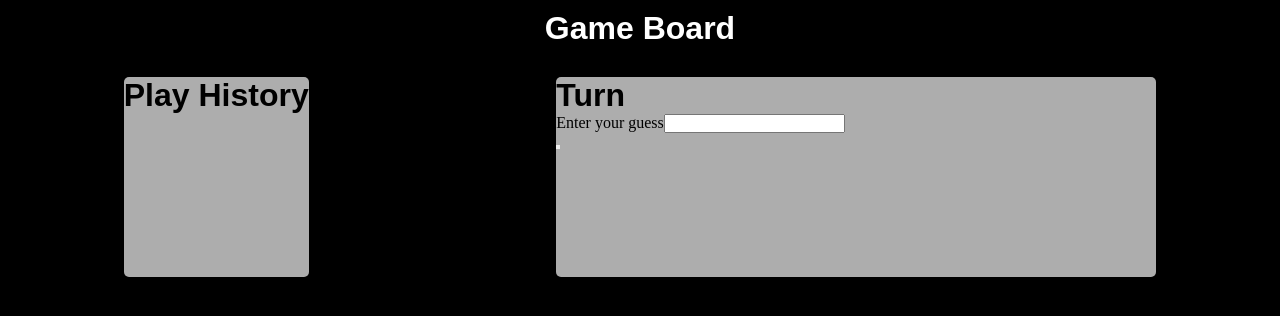
Repository: programmer686/Mastermind-with-Next.js
Page: /, after clicking the first element matching `button.StartScreen_51d34_startscreen__play_button`
An editor plug-in stored every save of this project. The page is shown before and after the next save, followed by the edit.
The browser window is 1280 px wide. The pictures show the whole page.
The project was rebuilt for these pictures with package versions that can differ from the ones it lists, and the page was loaded fresh each time. The framework's server and built-in components were replaced by stand-ins that run in the browser. Also part of the build but not shown: next.config.js, src/styles/StartScreen.module.css.

Above is the page before, as saved 2023-07-18 18:06:03.

### src/pages/index.js

import Head from 'next/head'
import Image from 'next/image'
import { Inter } from 'next/font/google'
import styles from '@/styles/Home.module.css'
import StartScreen from '@/comps/StartScreen'
import { useState } from 'react'
import GameBoard from '@/comps/GameBoard'

const inter = Inter({ subsets: ['latin'] })

export default function Home() {
  const [startGame, setStartGame] = useState(true);

  function handleStart() {
    setStartGame(prev => prev ? prev == false : prev == prev);
  }
  return (
    <>
      <Head>
        <title>Create Next App</title>
        <meta name="description" content="Generated by create next app" />
        <meta name="viewport" content="width=device-width, initial-scale=1" />
        <link rel="icon" href="/favicon.ico" />
      </Head>
     <main className={styles.index__body}>
        {startGame ? <StartScreen handleStart={handleStart}/> : <GameBoard/>}
     </main>
    </>
  )
}

### src/styles/Home.module.css


.index__body {
  margin: 0;
  padding: 0;
  box-sizing: border-box;
  width: 100vw;
  height: 100vh;
  background-color: black;
}

### src/comps/StartScreen.js
import styles from '@/styles/StartScreen.module.css'

export default function StartScreen(props) {
    return (
        <main className={styles.startscreen__body}>
            <p className={styles.startscreen__game_name}>Mastermind Game</p>
            <button onClick={props.handleStart} className={styles.startscreen__play_button}>Play Game</button>
        </main>
    )
}

### src/comps/GameBoard.js
import styles from '@/styles/GameBoard.module.css'
import PastPlay from './PastPlay'
import GamePlay from './GamePlay'
import { useState } from 'react'
import StartScreen from './StartScreen'

export default function GameBoard() {
    const [userInput, setUserInput] = useState("")
    const [toManyCharacters, setToManyCharacters] = useState(false);
    function handleInput(e) {
        const {value} = e.target
        console.log(typeof(value))
        if (value.length > 4) {
            setToManyCharacters(true)
        } else {
            setToManyCharacters(false)
        }

       let containsAlpha = /^[a-zA-Z]*$/.test(value)

        if (containsAlpha) {
            console.log("has alphabetical characters");
        }
    }


    return (
        <main>
            <div className={styles.GameBoard__header}>
                <h1 className={styles.GameBoard__name}>Game Board</h1>
            </div>
            <div className={styles.GameBoard__body}>
                <PastPlay/>
                <GamePlay handleInput={handleInput} toManyCharacters={toManyCharacters}/>
            </div>
        </main>
    )

}

### src/styles/GameBoard.module.css
.GameBoard__header {
    width: 100%;
    padding: 10px 0px;
    text-align: center;
}

.GameBoard__body {
    width: 100%;
    padding: 20px 0px;
    display: flex;
    justify-content: space-around;
    align-items: center;
}

.GameBoard__name {
    font-weight: bolder;
    font-family: Arial, Helvetica, sans-serif;
    color: white;
}

.GameBoard__tomany {
    font-weight: 700;
    font-weight: bolder;
    font-family: Arial, Helvetica, sans-serif;
    color: red;
}

### src/comps/PastPlay.js
import styles from '@/styles/PastPlay.module.css'

export default function PastPlay() {
    return (
        <main className={styles.PastPlay__board}>
            <h1 className={styles.PastPlay__name}>Play History</h1>
        </main>
    )
}

### src/comps/GamePlay.js
import styles from '@/styles/GamePlay.module.css'

export default function GamePlay(props) {
    let textarea = document.getElementById('textarea')

    function clearTextarea() {
        if (props.toManyCharacters) {
            textarea.value = "";
        }
    }

    return (
        <main className={styles.GamePlay__board }>
            <h1 className={styles.GamePlay__title}>Turn</h1>
            <form>
                <label>Enter your guess</label>
                <input></input>
            </form>
            {props.toManyCharacters ? <p className={styles.GamePlay__error}>To many characters</p> : <></>}
            <button></button>
        </main>
    )
}

### src/styles/PastPlay.module.css
.PastPlay__board {
    max-width: 300px;
    border-radius: 5px;

    min-height: 200px;
    background: rgb(173, 173, 173);
}


.PastPlay__name {
    font-weight: bolder;
    font-family: Arial, Helvetica, sans-serif;
    color: black;
}

### src/styles/GamePlay.module.css
.GamePlay__board {
    width: 600px;
    border-radius: 5px;
    min-height: 200px;
    background: rgb(173, 173, 173);
}

.GamePlay__title {
    font-weight: bolder;
    font-family: Arial, Helvetica, sans-serif;
    color: black;
}

.GamePlay__error {
    font-size: 14px;
    font-weight: bolder;
    font-family: Arial, Helvetica, sans-serif;
    color: red;
}

Loaded but not shown: src/pages/_app.js (common file); src/pages/_document.js (common file); src/styles/globals.css (common file)

After the next save:
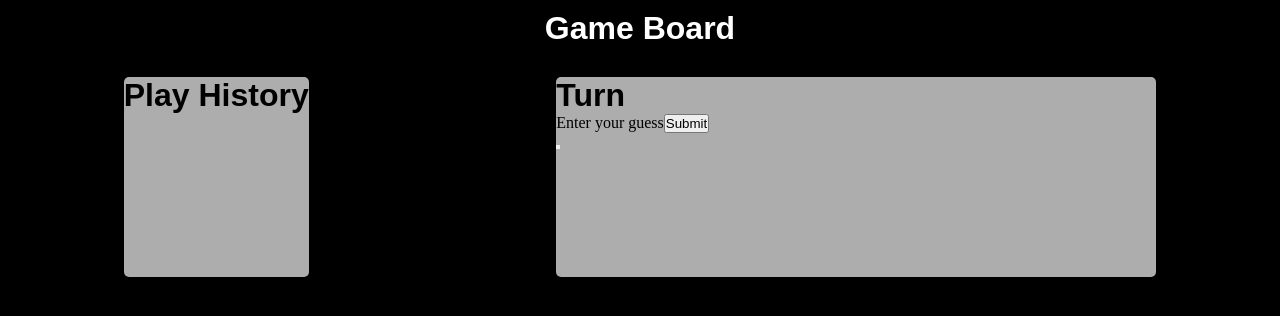
Saved 33 s later.
--- a/src/comps/GamePlay.js
+++ b/src/comps/GamePlay.js
@@ -14,7 +14,7 @@
             <h1 className={styles.GamePlay__title}>Turn</h1>
             <form>
                 <label>Enter your guess</label>
-                <input></input>
+                <input type="submit"></input>
             </form>
             {props.toManyCharacters ? <p className={styles.GamePlay__error}>To many characters</p> : <></>}
             <button></button>

After the save that followed:
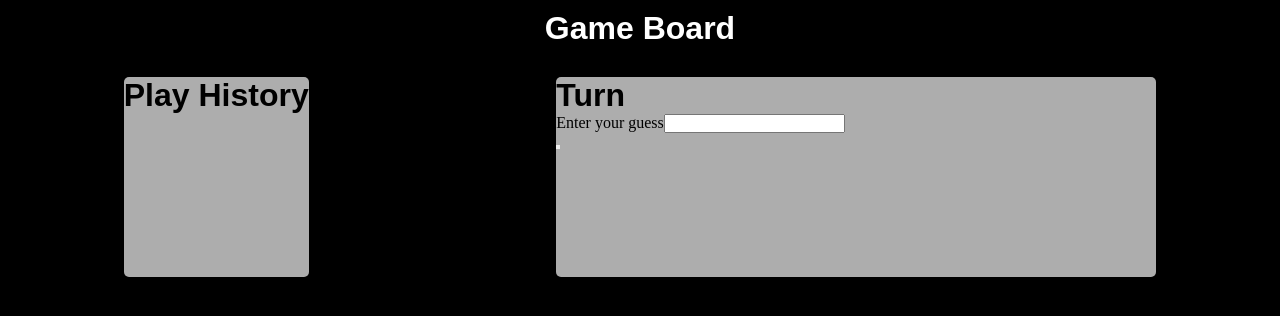
Saved 14 s later.
--- a/src/comps/GamePlay.js
+++ b/src/comps/GamePlay.js
@@ -14,7 +14,7 @@
             <h1 className={styles.GamePlay__title}>Turn</h1>
             <form>
                 <label>Enter your guess</label>
-                <input type="submit"></input>
+                <input ></input>
             </form>
             {props.toManyCharacters ? <p className={styles.GamePlay__error}>To many characters</p> : <></>}
             <button></button>
